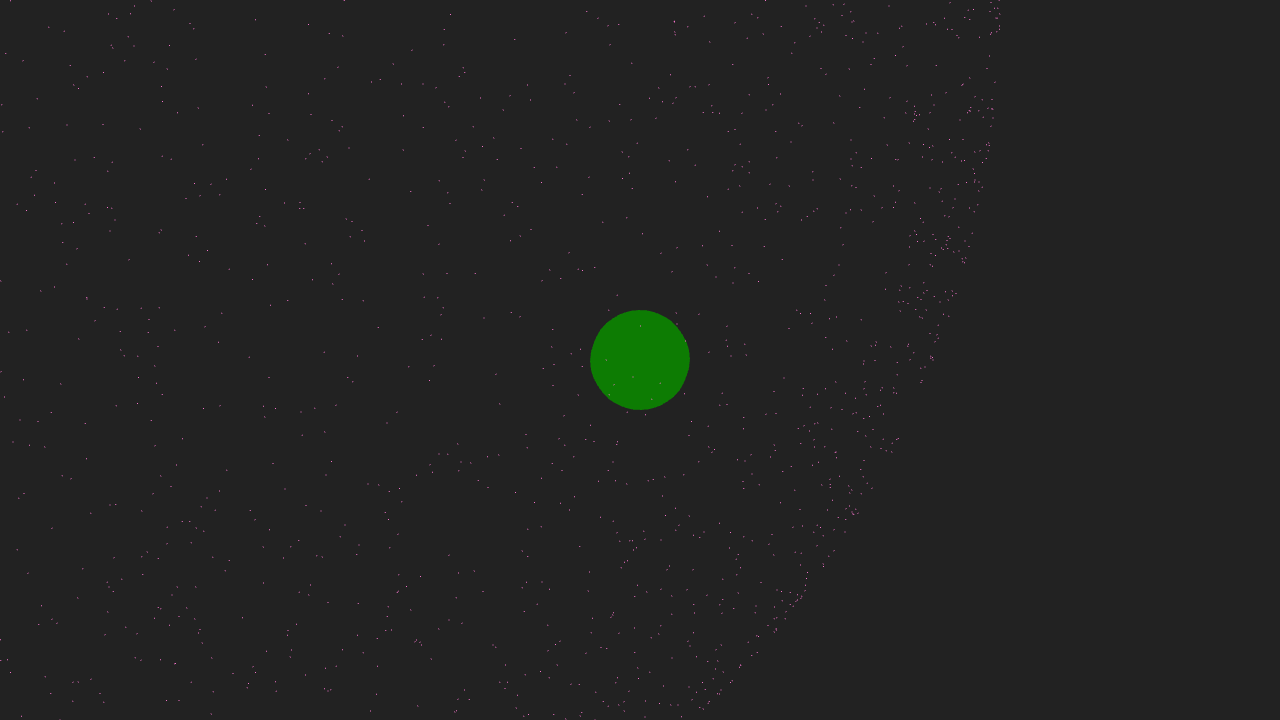
Repository: ZakariaZhlat125/multiple3dWindow
Page: index.html
These files come from the project's save history. The page is drawn as it stood at one moment and after the next save; the edit follows.
The browser window is 1280 px wide. The pictures show the whole page.

Above is the page before, as saved 2023-12-03 22:39:38.

After the next save:
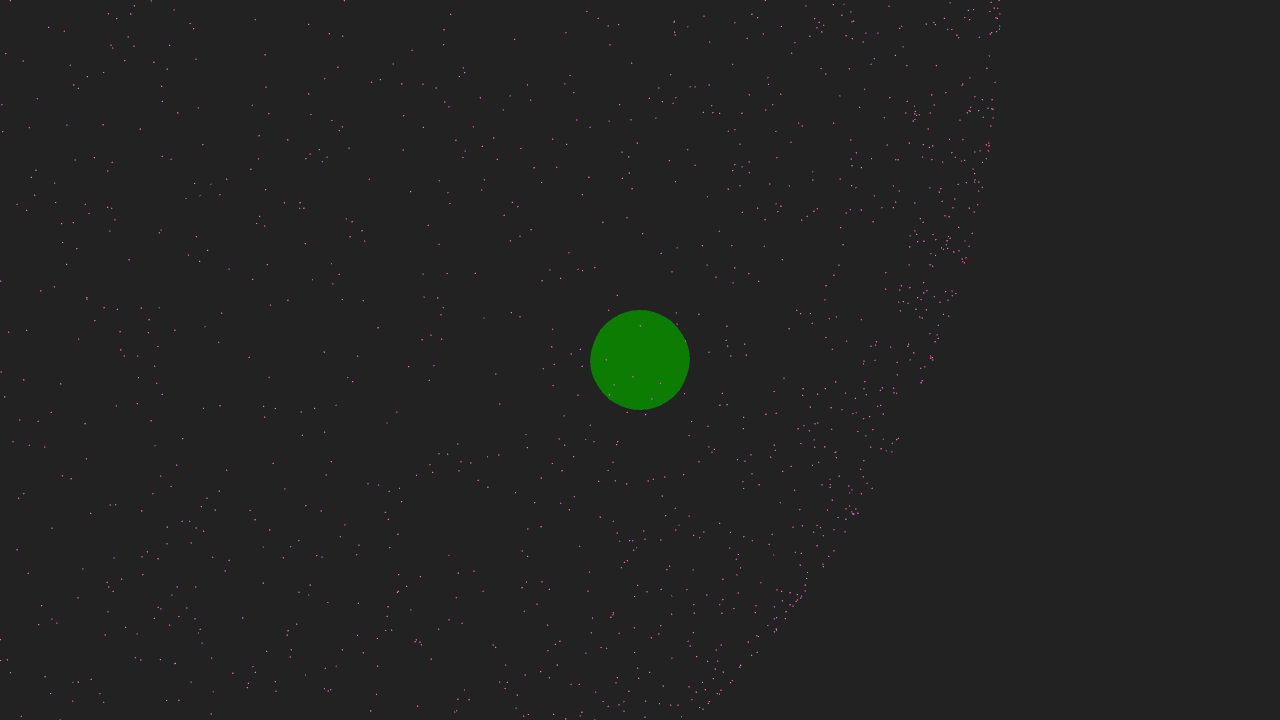
Saved 6 s later.
--- a/main.js
+++ b/main.js
@@ -201,7 +201,7 @@ if (new URLSearchParams(window.location.search).get("clear")) {
     const material = new t.PointsMaterial({
       transparent: true,
       color: 0xf272c8,
-      size: 0.1,
+      size: 1.2,
       sizeAttenuation: true,
       depthWrite: false,
     });
